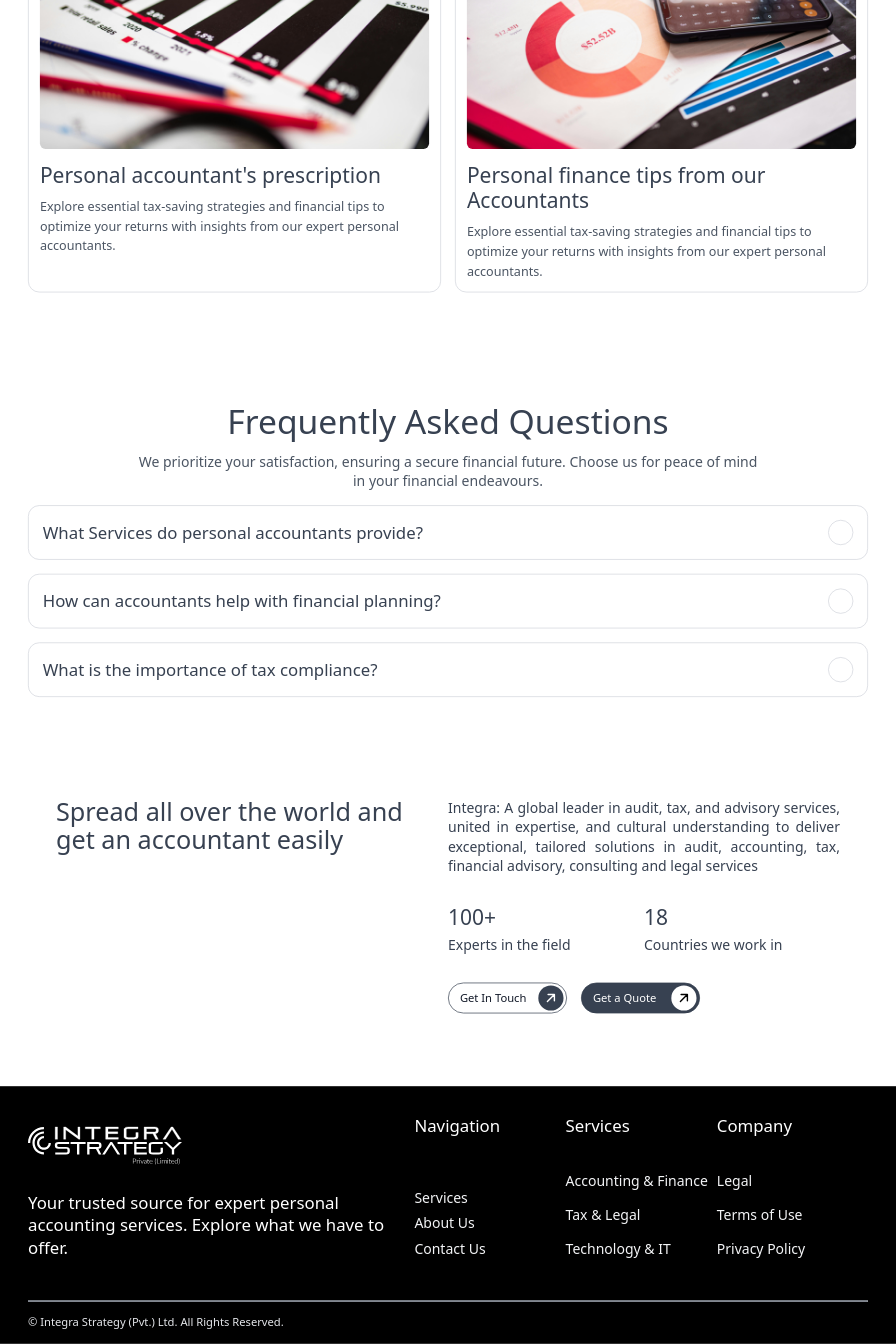
Repository: vespersolutionspk18/integrast-website
Page: /
An editor plug-in stored every save of this project. The page is shown before and after the next save, followed by the edit.
The browser window is 1280 px wide. The pictures show the part of the page from y = 2894 to 4814 px (the page is 4814 px tall), at 70% of full size.
The project was rebuilt for these pictures with package versions that can differ from the ones it lists, and the page was loaded fresh each time. The framework's server and built-in components were replaced by stand-ins that run in the browser. Also part of the build but not shown: next.config.ts.

Above is the page before, as saved 2024-12-12 18:14:13.

### app/layout.tsx
import type { Metadata } from "next";
import localFont from "next/font/local";
import "./globals.css";

const geistSans = localFont({
  src: "./fonts/GeistVF.woff",
  variable: "--font-geist-sans",
  weight: "100 900",
});
const geistMono = localFont({
  src: "./fonts/GeistMonoVF.woff",
  variable: "--font-geist-mono",
  weight: "100 900",
});

export const metadata: Metadata = {
  title: "Integra Strategy",
  description: "-",
};

export default function RootLayout({
  children,
}: Readonly<{
  children: React.ReactNode;
}>) {
  return (
    <html lang="en">
      <body
        className={`${geistSans.variable} ${geistMono.variable} antialiased`}
      >
        {children}
      </body>
    </html>
  );
}

### app/page.tsx
import Header from "./Header";
import Hero from "./Hero";
import Services from "./Services";
import Postsart from "./Postsart";
import Faqsection from "./Faqsection";
import GetinTouchSection from "./GetinTouchSection";
import Footer from "./Footer";

export default function Home() {
  return (
    <div>
      <Header />
      <Hero />
      <Services />
      <Postsart />
      <Faqsection />
      <GetinTouchSection />
      <Footer />
    </div>
  );
}

### app/Header.tsx
import React from 'react'
import IntegraLogo from "@/public/assets/integra-logo.svg";
import ButtonArrow from "@/public/assets/buttonarrow.svg";

const Header = () => {
  return (
    <div className="pl-10 pr-10 pt-1 pb-3 flex flex-row justify-between font-sans font-light text-gray-800">
      <IntegraLogo className="h-[90px] w-[200px]" />
      <div className="text-xl flex flex-row gap-5 items-center">
        <div className="hover:text-black hover:font-normal hover:cursor-pointer">Insights</div>
        <div className="hover:text-black hover:font-normal hover:cursor-pointer">Industries</div>
        <div className="hover:text-black hover:font-normal hover:cursor-pointer">Services</div>
        <div className="hover:text-black hover:font-normal hover:cursor-pointer">About</div>
        <div className="hover:text-black hover:font-normal hover:cursor-pointer pr-5">Clients</div>
        <div id="button"
  className="group  bg-gray-700 h-[44px] flex-row border-[1px] border-gray-700 text-white text-[16px] py-1 px-1 font-light rounded-full hidden md:flex items-center justify-between w-[170px] transition-width duration-500 ease-in-out  hover:w-[195px] hover:bg-[#ec8123] hover:border-[#ec8123] hover:cursor-pointer "

>
  <div className="mx-3 font-sans font-regular">Contact Us</div>
  <div className="bg-white rounded-full h-[36px] w-[36px] flex items-center justify-center transition-transform duration-500 ease-in-out group-hover:rotate-45 ">
    <ButtonArrow className="h-[24px] w-[24px]" />
  </div>
            </div>
      </div>
    </div>

  )
}

export default Header

### app/Hero.tsx
import React from 'react'
import ButtonArrowwhite from "@/public/assets/buttonarrowwhite.svg";

const Hero = () => {
  return (
    <div className="flex flex-col p-10 ">
        <div className="flex flex-row mt-24 h-[190px] gap-5 ">
            <div className="w-[55%] flex flex-col">
                <h1 className="font-light font-sans text-6xl text-[#ec8123]">Unlock Prosperity, <span className="text-gray-800">Choose Expert Guidance</span></h1>
                <h4 className="text-xl font-sans font-light text-gray-900 mt-6">Embark on a transformative journey to financial prosperity with our personalized accountancy services</h4>
            </div>
            <div className="w-[45%] flex flex-col justify-between ">
                <h4 className="text-xl text-justify font-light font-sans text-gray-900">Unlock tailored strategies, benefit from insightful guidances, and follow a clear pathway to achieve your financial success. Elevate your financial journey with our dedicated support and expertise. Contact us today to start your journey towards financial freedom.</h4>
                <div className="flex flex-row gap-5 pt-10">
                <div>
                <div id="button"
  className="group  bg-white h-[44px] flex-row border-[1px] border-gray-700 text-gray-900 text-[16px] py-1 px-1 font-light rounded-full hidden md:flex items-center justify-between w-[170px] transition-width duration-500 ease-in-out  hover:w-[195px] hover:bg-gray-700 hover:border-gray-700 hover:text-white hover:cursor-pointer "

>
  <div className="mx-3 font-sans font-regular">Get In Touch</div>
  <div className="bg-gray-700 rounded-full h-[36px] w-[36px] flex items-center justify-center transition-transform duration-500 ease-in-out group-hover:rotate-45 group-hover:bg-[#ec8123]">
    <ButtonArrowwhite className="h-[24px] w-[24px]" />
  </div>
            </div>
                </div>
                <div>

                </div>

                </div>
            </div>
        </div>


        <div className="flex flex-row h-[380px] gap-4 mt-16">
            <div className="w-[70%] transition-all duration-500 ease-in-out hover:w-[90%] rounded-2xl bg-cover bg-center" style={{backgroundImage: `url('/assets/heroimage3.jpg')`}}></div>
            <div className="w-[30%] transition-all duration-500 ease-in-out hover:w-[40%] flex flex-col justify-between ">
                <div className="w-full h-full rounded-2xl bg-cover bg-center" style={{backgroundImage: `url('/assets/heroimage4.jpg')`}}></div>
                <h5 className="font-sans text-gray-900 text-justify text-xl mt-3  font-light">Tailored solutions, expert guidance, and strategic planning to secure your wealth and achieve your financial goals seamlessly</h5>
            </div>
        </div>
    </div>
  )
}

export default Hero

### app/Postsart.tsx
import React from 'react'

const Postsart = () => {
  return (
    <div className="w-full flex flex-col p-10 items-center mt-20">
        <h2 className="text-5xl font-sans text-gray-700 font-light">Posts & Articles</h2>
        <p className="font-sans text-xl text-gray-800 font-light text-center mt-5">Stay up-to-date and enahnce your financial literacy with our engaging and informative<br></br>content your key to achieving financial success</p>
        <div className="flex flex-row mt-10 gap-5 w-full">
            <div className="hover:border-black hover:cursor-pointer flex flex-col rounded-2xl w-1/2  border-[1px] p-4 border-gray-300">
            <div className="w-full h-[340px] rounded-[8px] bg-cover bg-center" style={{backgroundImage: `url('/assets/post1.jpg')`}}></div>
            <h5 className="font-sans font-light text-3xl mt-5 text-gray-700">Navigating Tax Season: Tips for Individuals</h5>
            <p className="font-sans font-light text-gray-600 text-lg mt-3">Explore essential tax-saving strategies and financial tips to optimize your returns with insights from our expert personal accountants.</p>
            </div>
            <div className="hover:border-black hover:cursor-pointer flex flex-col rounded-2xl w-1/2  border-[1px] p-4 border-gray-300">
            <div className="w-full h-[340px] rounded-[8px] bg-cover bg-center" style={{backgroundImage: `url('/assets/post2.jpg')`}}></div>
            <h5 className="font-sans font-light text-3xl mt-5 text-gray-700">Insights from personal accountants</h5>
            <p className="font-sans font-light text-gray-600 text-lg mt-3">Explore essential tax-saving strategies and financial tips to optimize your returns with insights from our expert personal accountants.</p>
            </div>
        </div>
        <div className=" flex flex-row mt-5 gap-5 w-full">
            <div className="hover:border-black hover:cursor-pointer flex flex-col rounded-2xl w-1/2  border-[1px] p-4 border-gray-300">
            <div className="w-full h-[340px] rounded-[8px] bg-cover bg-center" style={{backgroundImage: `url('/assets/post3.jpg')`}}></div>
            <h5 className="font-sans font-light text-3xl mt-5 text-gray-700">Personal accountant&apos;s prescription</h5>
            <p className="font-sans font-light text-gray-600 text-lg mt-3">Explore essential tax-saving strategies and financial tips to optimize your returns with insights from our expert personal accountants.</p>
            </div>
            <div className="hover:border-black hover:cursor-pointer flex flex-col rounded-2xl w-1/2  border-[1px] p-4 border-gray-300">
            <div className="w-full h-[340px] rounded-[8px] bg-cover bg-center" style={{backgroundImage: `url('/assets/post4.jpg')`}}></div>
            <h5 className="font-sans font-light text-3xl mt-5 text-gray-700">Personal finance tips from our Accountants</h5>
            <p className="font-sans font-light text-gray-600 text-lg mt-3">Explore essential tax-saving strategies and financial tips to optimize your returns with insights from our expert personal accountants.</p>
            </div>
        </div>
    </div>
  )
}

export default Postsart

### app/Faqsection.tsx
"use client";
import React, { useState } from "react";
import ButtonRight from "@/public/assets/right.svg";

const Faqsection = () => {
  // Array of FAQs
  const faqs = [
    {
      question: "What Services do personal accountants provide?",
      answer:
        "Personal accountants provide a variety of services, including tax preparation, financial planning, and investment advice. They also help manage budgets, track expenses, and ensure compliance with financial regulations.",
    },
    {
      question: "How can accountants help with financial planning?",
      answer:
        "Accountants assist in creating budgets, managing investments, and developing long-term financial strategies tailored to individual needs.",
    },
    {
      question: "What is the importance of tax compliance?",
      answer:
        "Tax compliance ensures that individuals and businesses meet their legal obligations, avoiding penalties and fostering financial stability.",
    },
  ];

  // State to track which FAQ is expanded
  const [expandedIndex, setExpandedIndex] = useState<number | null>(null);

  // Toggle function
  const toggleSection = (index: number) => {
    setExpandedIndex((prevIndex) => (prevIndex === index ? null : index));
  };

  return (
    <div className="flex flex-col p-10 items-center mt-20">
      <h2 className="font-sans font-light text-5xl text-gray-700">
        Frequently Asked Questions
      </h2>
      <p className="font-sans mt-5 font-light text-xl text-gray-600 text-center">
        We prioritize your satisfaction, ensuring a secure financial future.
        Choose us for peace of mind
        <br />
        in your financial endeavours.
      </p>
      <div className="w-full flex flex-col gap-5 mt-5">
        {faqs.map((faq, index) => (
          <div
            key={index}
            className={`border-[1px] ${
              expandedIndex === index ? "border-gray-500" : "border-gray-300"
            } rounded-2xl p-5 flex flex-col transition-all duration-500`}
          >
            <div
              onClick={() => toggleSection(index)}
              className="flex flex-row justify-between items-center cursor-pointer"
            >
              <h5 className="font-sans font-light text-2xl text-gray-700">
                {faq.question}
              </h5>
              <div
                className={`bg-white border-[1px] border-gray-300 rounded-full h-[36px] w-[36px] flex items-center justify-center transition-transform duration-500 ease-in-out ${
                  expandedIndex === index ? "rotate-90" : "rotate-0"
                }`}
              >
                <ButtonRight className="h-[24px] w-[24px]" />
              </div>
            </div>
            {/* Expandable content */}
            <div
              className={`overflow-hidden transition-all duration-500 ease-in-out ${
                expandedIndex === index ? "max-h-[200px] mt-5" : "max-h-0"
              }`}
            >
              <p className="text-gray-600 font-sans font-light text-lg">{faq.answer}</p>
            </div>
          </div>
        ))}
      </div>
    </div>
  );
};

export default Faqsection;

### app/GetinTouchSection.tsx
import React from 'react'
import ButtonArrowwhite from "@/public/assets/buttonarrowwhite.svg";
import ButtonArrow from "@/public/assets/buttonarrow.svg";

const GetinTouchSection = () => {
  return (
    <div className="mt-16">
        <div className="flex flex-row p-10 ">
        <div className="ml-10 w-1/2 font-sans font-light text-gray-700 text-4xl">
        <b>Spread all over the world</b> and get an accountant easily
        </div>
        <div className="mr-10 w-1/2 flex flex-col">
        <p className="font-light text-xl text-gray-700 font-sans text-justify">
            Integra: A global leader in audit, tax, and advisory services, united in expertise, and cultural understanding to deliver exceptional, tailored solutions in audit, accounting, tax, financial advisory, consulting and legal services
        </p>
        <div className="flex flex-row justify-between mt-10">
        <div className="w-1/2 flex flex-col gap-2">
        <h5 className="font-sans font-light text-3xl text-gray-700">100+</h5>
        <p className="font-sans font-light text-xl text-gray-700">Experts in the field</p>

        </div>
        <div className="w-1/2 flex flex-col gap-2">
        <h5 className="font-sans font-light text-3xl text-gray-700">18</h5>
        <p className="font-sans font-light text-xl text-gray-700">Countries we work in </p>
        </div>
        </div>
        <div className="flex flex-row gap-5 pt-10">
                <div>
                <div id="button"
  className="group  bg-white h-[44px] flex-row border-[1px] border-gray-700 text-gray-900 text-[16px] py-1 px-1 font-light rounded-full hidden md:flex items-center justify-between w-[170px] transition-width duration-500 ease-in-out  hover:w-[195px] hover:bg-gray-700 hover:border-gray-700 hover:text-white hover:cursor-pointer "

>
  <div className="mx-3 font-sans font-regular">Get In Touch</div>
  <div className="bg-gray-700 rounded-full h-[36px] w-[36px] flex items-center justify-center transition-transform duration-500 ease-in-out group-hover:rotate-45">
    <ButtonArrowwhite className="h-[24px] w-[24px]" />
  </div>
            </div>
                </div>
                <div>
                <div id="button"
  className="group  bg-gray-700 h-[44px] flex-row border-[1px] border-gray-700 text-white text-[16px] py-1 px-1 font-light rounded-full hidden md:flex items-center justify-between w-[170px] transition-width duration-500 ease-in-out  hover:w-[195px] hover:bg-white hover:border-gray-700 hover:text-gray-700 hover:cursor-pointer "

>
  <div className="mx-3 font-sans font-regular">Get a Quote</div>
  <div className="bg-white rounded-full h-[36px] w-[36px] flex items-center justify-center transition-transform duration-500 ease-in-out group-hover:rotate-45 group-hover:border-[1px] group-hover:border-gray-700">
    <ButtonArrow className="h-[24px] w-[24px]" />
  </div>
            </div>
                </div>

                </div>
        </div>
    </div>
    </div>
  )
}

export default GetinTouchSection

### app/Footer.tsx
import React from 'react'
import IntegraFooterLogo from "@/public/assets/integra-logo-white.svg";
import { Separator } from '@/components/ui/separator';

const Footer = () => {
  return (
    <div className="flex flex-col bg-black text-white mt-16">
        <div className="flex flex-row p-10 justify-between">
        <div className="w-[46%] pr-10 flex flex-col gap-5">
        <IntegraFooterLogo className="h-[90px] w-[220px]" />
        <h3 className="font-sans font-light text-2xl">Your trusted source for expert personal accounting services. Explore what we have to offer.</h3>
        </div>
        <div className="w-[18%] flex flex-col justify-between font-sans font-light">
        <p className="text-white text-2xl font-normal">Navigation</p>
        <ul className="text-gray-100 text-xl">
        <li className="mt-2">Services</li>
        <li className="mt-2">About Us</li>
        <li className="mt-2">Contact Us</li>
        </ul>
        </div>
        <div className="w-[18%] flex flex-col justify-between font-sans font-light">
        <p className="text-white text-2xl font-normal">Services</p>
        <ul className="text-gray-100 text-xl">
        <li className="mt-5">Accounting & Finance</li>
        <li className="mt-5">Tax & Legal</li>
        <li className="mt-5">Technology & IT</li>
        </ul>
        </div>
        <div className="w-[18%] flex flex-col justify-between font-sans font-light">
        <p className="text-white text-2xl font-normal">Company</p>
        <ul className="text-gray-100 text-xl">
        <li className="mt-5">Legal</li>
        <li className="mt-5">Terms of Use</li>
        <li className="mt-5">Privacy Policy</li>
        </ul>
        </div>
        </div>
        <div className="pl-10 pr-10 pb-2 pt-5">
        <Separator className="border-gray-500 border-[0.5px]" />
        </div>
        <div className="pr-10 pl-10 pt-2 pb-5 font-light font-sans text-gray-200">
        &#169; Integra Strategy (Pvt.) Ltd. All Rights Reserved.
        </div>
    </div>
  )
}

export default Footer

### components/ui/separator.tsx
"use client"

import * as React from "react"
import * as SeparatorPrimitive from "@radix-ui/react-separator"

import { cn } from "@/lib/utils"

const Separator = React.forwardRef<
  React.ElementRef<typeof SeparatorPrimitive.Root>,
  React.ComponentPropsWithoutRef<typeof SeparatorPrimitive.Root>
>(
  (
    { className, orientation = "horizontal", decorative = true, ...props },
    ref
  ) => (
    <SeparatorPrimitive.Root
      ref={ref}
      decorative={decorative}
      orientation={orientation}
      className={cn(
        "shrink-0 bg-border",
        orientation === "horizontal" ? "h-[1px] w-full" : "h-full w-[1px]",
        className
      )}
      {...props}
    />
  )
)
Separator.displayName = SeparatorPrimitive.Root.displayName

export { Separator }

Loaded but not shown: app/globals.css (common file); lib/utils.ts (common file); tailwind.config.ts (common file); app/Services.tsx (77 lines, source omitted)

After the next save:
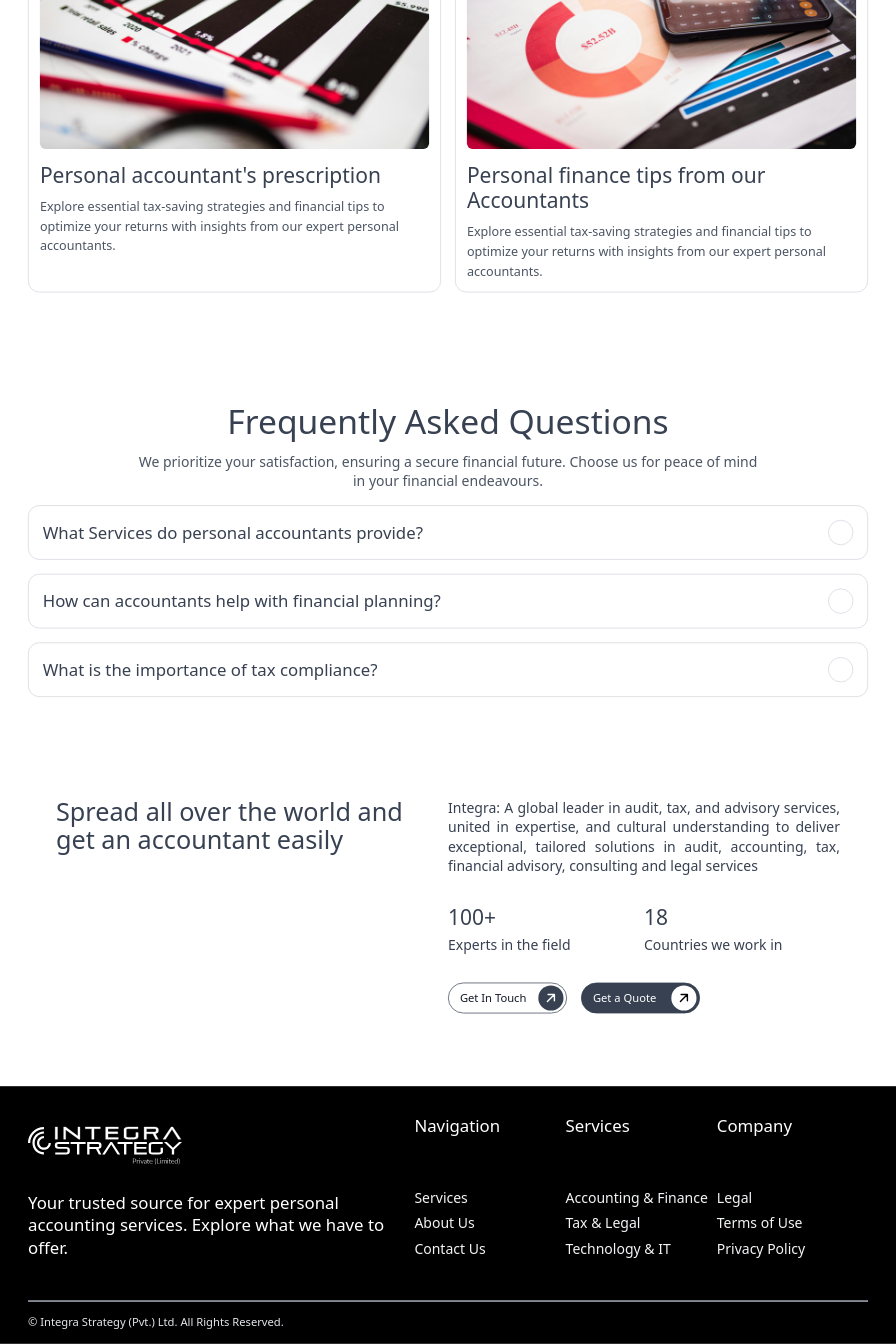
Saved 22 s later.
--- a/app/Footer.tsx
+++ b/app/Footer.tsx
@@ -21,17 +21,17 @@ const Footer = () => {
         <div className="w-[18%] flex flex-col justify-between font-sans font-light">
         <p className="text-white text-2xl font-normal">Services</p>
         <ul className="text-gray-100 text-xl">
-        <li className="mt-5">Accounting & Finance</li>
-        <li className="mt-5">Tax & Legal</li>
-        <li className="mt-5">Technology & IT</li>
+        <li className="mt-2">Accounting & Finance</li>
+        <li className="mt-2">Tax & Legal</li>
+        <li className="mt-2">Technology & IT</li>
         </ul>
         </div>
         <div className="w-[18%] flex flex-col justify-between font-sans font-light">
         <p className="text-white text-2xl font-normal">Company</p>
         <ul className="text-gray-100 text-xl">
-        <li className="mt-5">Legal</li>
-        <li className="mt-5">Terms of Use</li>
-        <li className="mt-5">Privacy Policy</li>
+        <li className="mt-2">Legal</li>
+        <li className="mt-2">Terms of Use</li>
+        <li className="mt-2">Privacy Policy</li>
         </ul>
         </div>
         </div>
